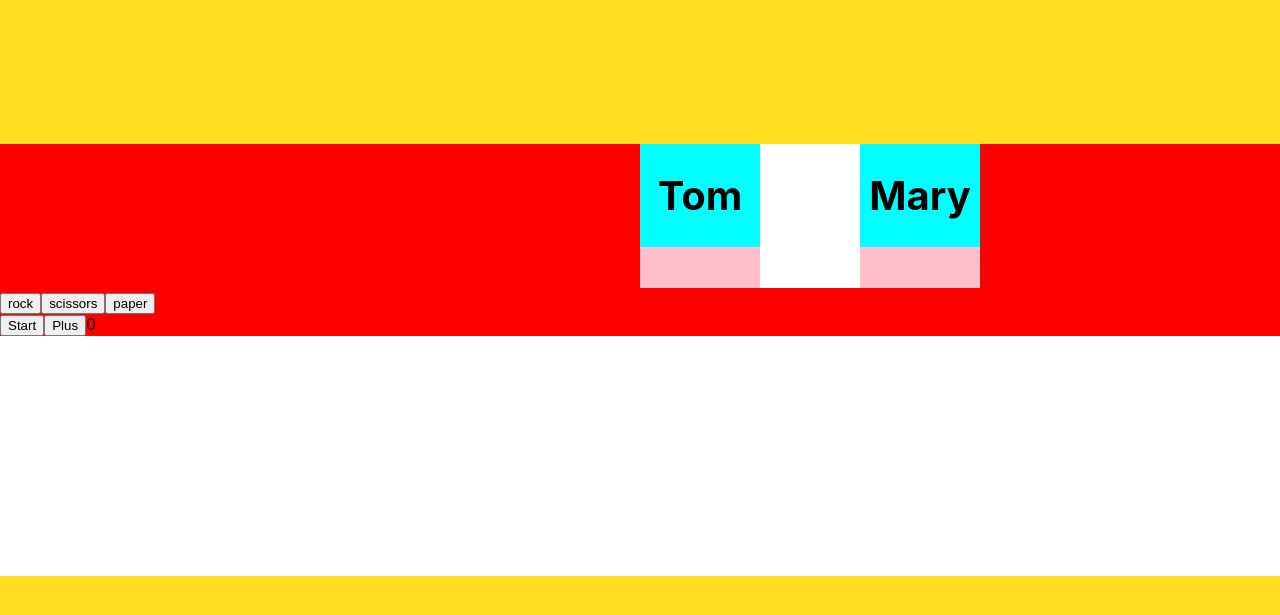
Repository: K009/Rock-Paper-Scissors
Page: /
These files come from the project's save history. The page is drawn as it stood at one moment and after the next save; the edit follows.
The browser window is 1280 px wide. The pictures show the whole page.
The project was rebuilt for these pictures with package versions that can differ from the ones it lists, and the page was loaded fresh each time.

Above is the page before, as saved 2020-05-13 09:08:17.

After the next save:
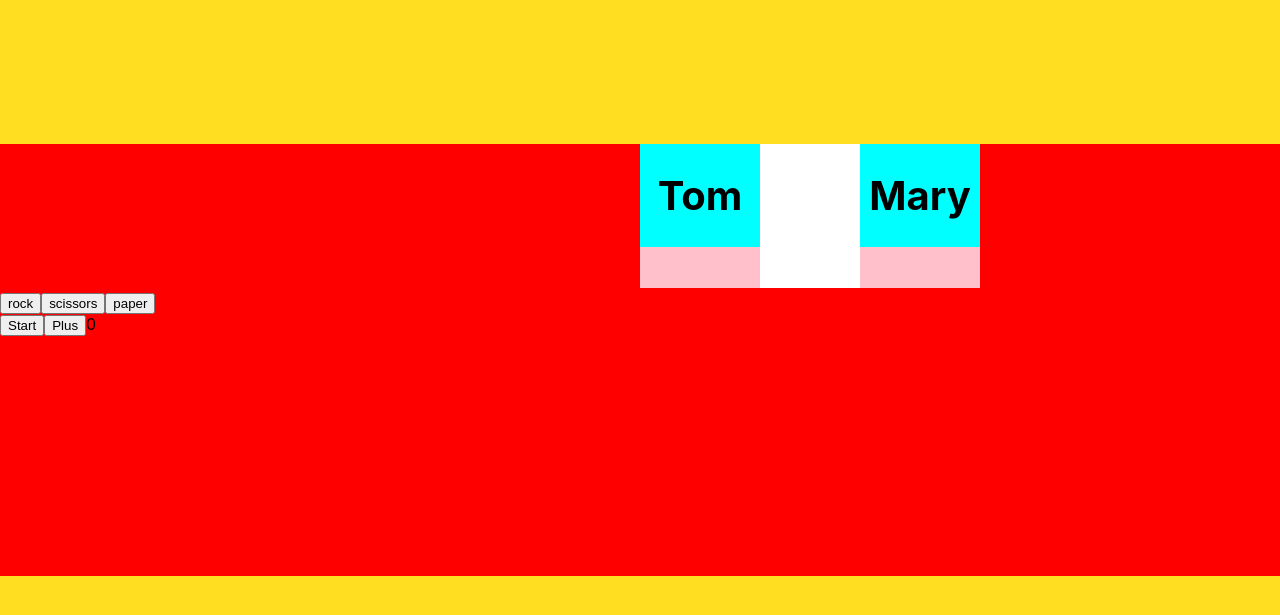
Saved 26 s later.
--- a/src/App.css
+++ b/src/App.css
@@ -9,7 +9,9 @@
 
 .Main-part {
   background-color: red;
+  min-height: 60vh;
 }
+
 .Players {
   background-color: pink;
   text-align: center;
